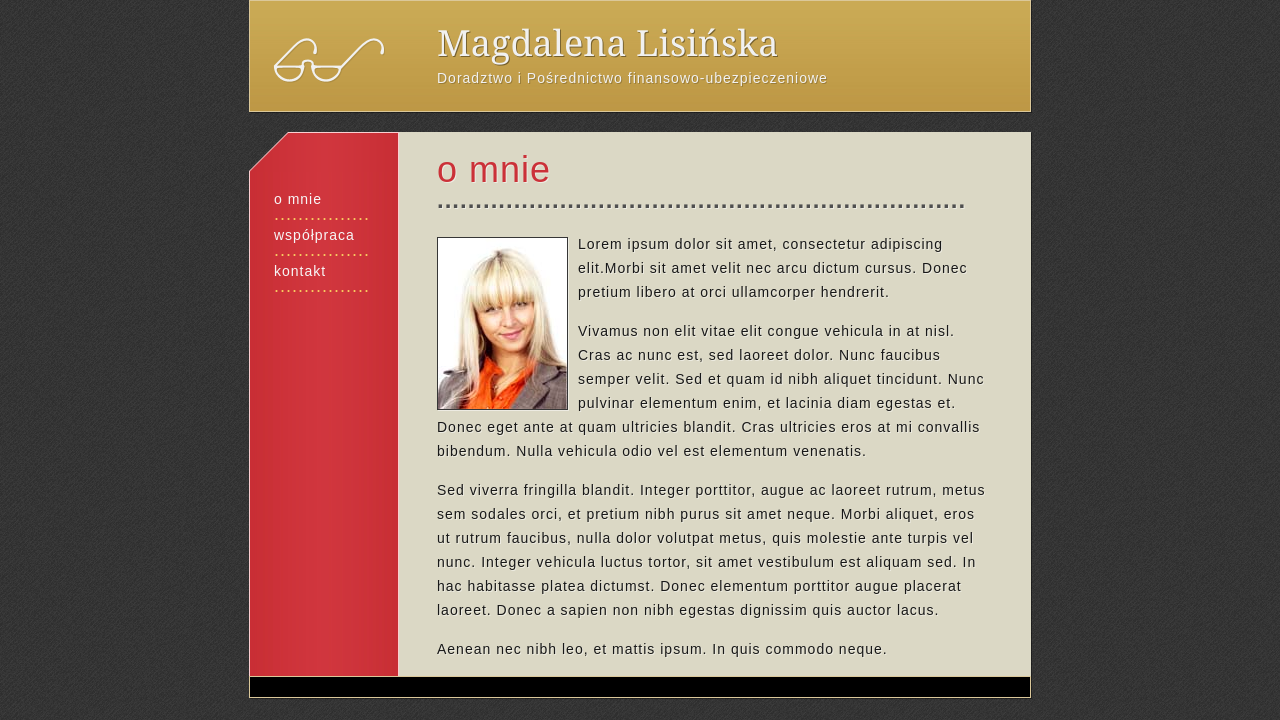
Repository: gabr/php_elicpse_workspace
Page: Magda Lisinska/index.html
An editor plug-in stored every save of this project. The page is shown before and after the next save, followed by the edit.
The browser window is 1280 px wide. The pictures show the whole page.

Above is the page before, as saved 2013-03-06 19:59:10.

After the next save:
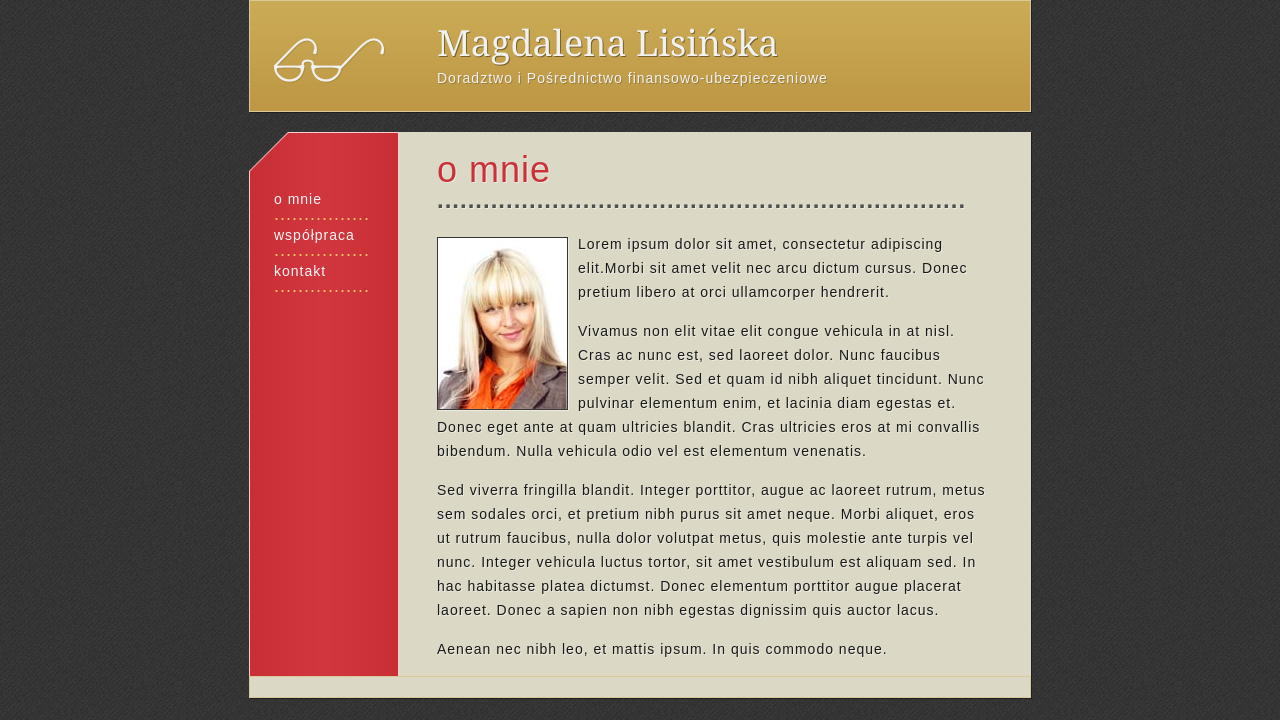
Saved 26 s later.
--- a/Magda Lisinska/css/style.css
+++ b/Magda Lisinska/css/style.css
@@ -160,7 +160,7 @@ img {
 /* Footer */
 #footer {
 
-  background-color: black;
+  background-color: #dbd8c5;
   border: 1px solid #dbc89a;
 
   width: 780px;
